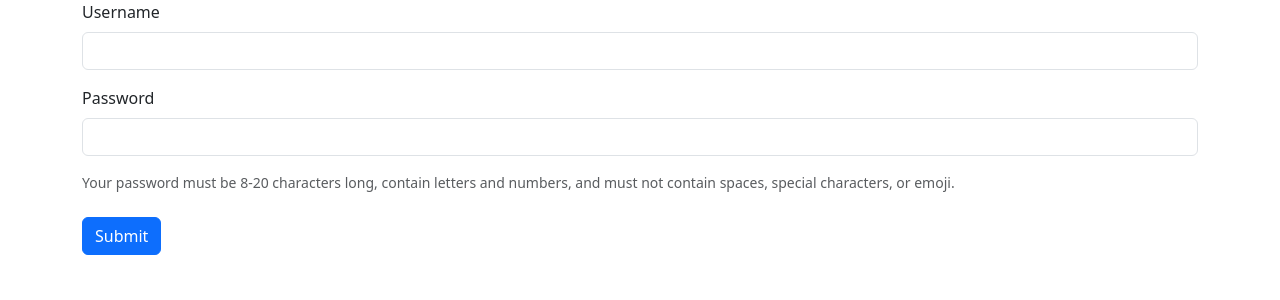
Repository: sarathraj2002/todo-list
Page: login.html
The author's editor kept a copy of each file at every save. The page is drawn from the files as they stood at one save, then again after a run of saves.
The browser window is 1280 px wide. The pictures show the whole page.

Above is the page before, as saved 2024-09-05 10:59:54.

After the next 7 saves:
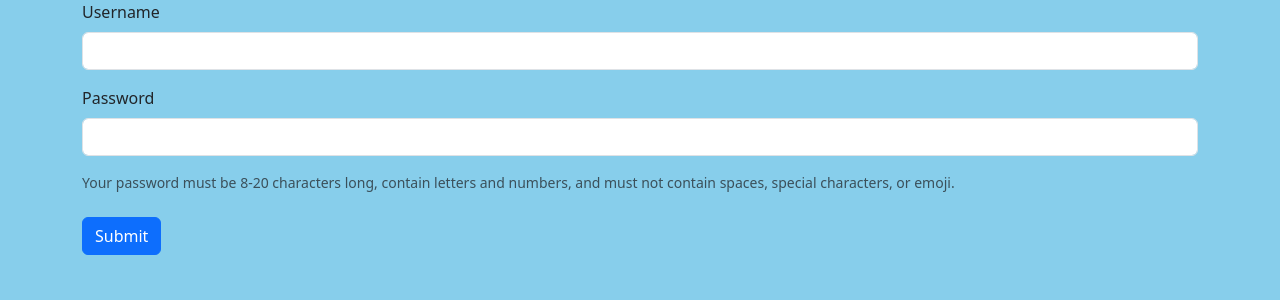
The 7 saves are shown as one change because they came seconds apart.
The last was saved 20 s later.
--- a/style.css
+++ b/style.css
@@ -1,5 +1,6 @@
 body{
-    background-color: ;
+    background-color: skyblue;
+    background-;
 }
 .container{
     height: 100px;
